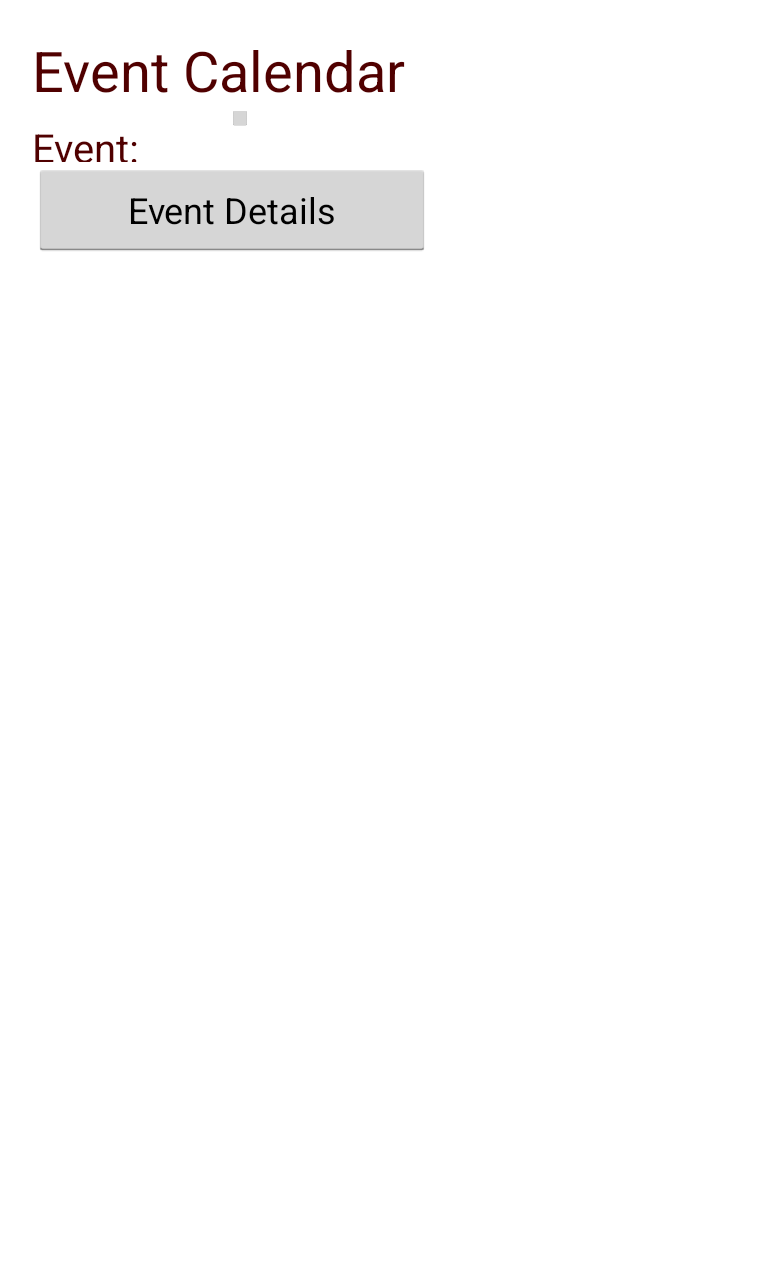
Repository: jannelg92/ANDROIDAPP
Layout: GEOINNOVATION/TAMUgis-dayEvents/res/layout/f_event_details.xml
An editor plug-in stored every save of this project. The layout is shown before and after the next save, followed by the edit.
It is drawn on a 768 x 1280 px phone screen (xhdpi) without system bars, with theme AppTheme; the app's code is not run.

Above is the layout before, as saved 2014-04-19 01:40:20.

### GEOINNOVATION/TAMUgis-dayEvents/res/layout/f_event_details.xml
<LinearLayout xmlns:android="http://schemas.android.com/apk/res/android"
    xmlns:tools="http://schemas.android.com/tools"
    android:layout_width="match_parent"
    android:layout_height="match_parent"
    android:orientation="vertical"
    android:paddingBottom="@dimen/activity_vertical_margin"
    android:paddingLeft="@dimen/activity_horizontal_margin"
    android:paddingRight="@dimen/activity_horizontal_margin"
    android:paddingTop="@dimen/activity_vertical_margin" >


    <TextView
        android:id="@+id/event_cal"
        android:layout_width="wrap_content"
        android:layout_height="wrap_content"
        android:drawablePadding="10dp"
        android:text="@string/calendar"
        android:textColor="#500000"
        android:textSize="@dimen/big_text" />
		<LinearLayout
		    android:layout_width="match_parent"
		    android:layout_height="wrap_content"
		    android:orientation="horizontal" >
		      <TextView
		        android:id="@+id/event_label"
		        android:layout_width="wrap_content"
		        android:layout_height="wrap_content"
		        android:drawablePadding="10dp"
		        android:text="Event: "
		        android:textColor="#500000"
		        android:textSize="@dimen/mid_text" />
		       <TextView
		        android:id="@+id/event_name"
		        android:layout_width="wrap_content"
		        android:layout_height="wrap_content"
		        android:drawablePadding="10dp"
		        android:text="        "
		        android:textColor="#500000"
		        android:textSize="@dimen/mid_text" />
		        <Button
		        android:id="@+id/event_dtls"
		        android:layout_width="20px"
		        android:layout_height="20px"
		        android:drawablePadding="10dp"
		        android:src="@drawable/ic_action_checkin" />


      </LinearLayout>
    <Button
        android:id="@+id/eventDetails_b"
        android:layout_width="200dp"
        android:layout_height="wrap_content"
        android:text="@string/details"
        android:clickable="true" />

</LinearLayout>

### GEOINNOVATION/TAMUgis-dayEvents/res/values/dimens.xml
<resources>

   <dimen name="activity_horizontal_margin">16dp</dimen>
    <dimen name="activity_vertical_margin">16dp</dimen>

    <dimen name="big_text">28dip</dimen>
    <dimen name="mid_text">20dip</dimen>
    <dimen name="small_text">16dip</dimen>
    <dimen name="return_w">50dp</dimen>
    <dimen name="return_h">50dp</dimen>
    <dimen name="text_sizeW">70dp </dimen>
    <dimen name="text_sizeH">70dp</dimen>
    <dimen name="button_w">200dp </dimen>
    <dimen name="button_h">60dp </dimen>
    <!--
         Per the design guidelines, navigation drawers should be between 240dp and 320dp:
         https://developer.android.com/design/patterns/navigation-drawer.html
    -->
    <dimen name="navigation_drawer_width">277dp</dimen>

</resources>

### GEOINNOVATION/TAMUgis-dayEvents/res/values/strings.xml
<?xml version="1.0" encoding="utf-8"?>
<resources>

    <!-- Menu, Application, Object TITLES -->
    <string name="app_name">TAMUgis-day Events</string>
    <string name="application_name">Texas A&amp;M Geoservices</string>
    <string name="nav_drawer">Navigation Drawer</string>
    <string name="layout_piece">Structure or element of the layout</string>
    <string name="hello_world">Hello  W O R L D!! :)</string>
    <string name="title_menu">Navigation Menu</string>
    <string name="title_activity_user_options">UserOptions</string>
    <string name="title_activity_events">Events</string>
    <string name="title_activity_event_checkin">Event_checkin</string>
    <string name="title_section1">Welcome</string>
    <string name="title_section2">Events</string>
    <string name="title_sectionLogin">Log-in</string>
    <string name="title_section3">Event Check-in</string>
    <string name="title_section4">My Events</string>
    <string name="title_section5">Settings</string>
    <string name="title_section6">Log-out</string>

    <string-array name="mainTitles">
        <item id="menu1_99">Log-in </item>
        <item id="menu1_100">Event Calendar </item>
        <item id="menu1_101">Share </item>
    </string-array>
    <string-array name="userTitles">
        <item id="menu2_99"> Event Calendar </item>
        <item id="menu2_100"> Event Check-in </item>
        <item id="menu2_101"> My Events </item>
        <item id="menu2_102"> Share </item>
        <item id="menu2_103"> Settings </item>
        <item id="menu2_104"> Log-out</item>
    </string-array>
    <string-array name="menuTitles">
        <item id="menu2_99"> @drawable/tamugeologo </item>
        <item id="menu2_100"> Log-in </item>
        <item id="menu2_101"> Event Calendar </item>
        <item id="menu2_102"> Event Check-in </item>
        <item id="menu2_103"> My Events </item>
        <item id="menu2_104"> Share </item>
        <item id="menu2_105"> Settings </item>
        <item id="menu2_106"> Log-out </item>
    </string-array>

    <array name="nav_drawer_icons">
        <item>@drawable/ic_action_launcher</item>
        <item>@drawable/ic_action_signup</item>
        <item>@drawable/ic_action_eventcal</item>
        <item>@drawable/ic_action_checkin</item>
        <item>@drawable/ic_action_myevents</item>
        <item>@drawable/ic_action_share</item>
        <item>@drawable/ic_action_settings</item>
        <item>@drawable/ic_action_import_export</item>
    </array>

    <!--  -->


    <!-- Strings related to Settings, Example General settings -->
    <string name="pref_header_general">General</string>
    <string name="pref_title_social_recommendations">Enable social recommendations</string>
    <string name="pref_description_social_recommendations">Recommendations for people to contact based on your message history</string>
    <string name="pref_title_display_name">Display name</string>
    <string name="pref_default_display_name">John Smith</string>
    <string name="pref_title_add_friends_to_messages">Add friends to messages</string>

    <string-array name="pref_example_list_titles">
        <item>Always</item>
        <item>When possible</item>
        <item>Never</item>
    </string-array>
    <string-array name="pref_example_list_values">
        <item>1</item>
        <item>0</item>
        <item>-1</item>
    </string-array>

    <!-- Example settings for Data & Sync -->
    <string name="pref_header_data_sync">Data &amp; sync</string>
    <string name="pref_title_sync_frequency">Sync frequency</string>

    <string-array name="pref_sync_frequency_titles">
        <item>15 minutes</item>
        <item>30 minutes</item>
        <item>1 hour</item>
        <item>3 hours</item>
        <item>6 hours</item>
        <item>Never</item>
    </string-array>
    <string-array name="pref_sync_frequency_values">
        <item>15</item>
        <item>30</item>
        <item>60</item>
        <item>180</item>
        <item>360</item>
        <item>-1</item>
    </string-array>

    <string name="pref_title_system_sync_settings">System sync settings</string>

    <!-- Example settings for Notifications -->

    <string name="pref_header_notifications">Notifications</string>
    <string name="pref_title_new_message_notifications">New message notifications</string>
    <string name="pref_title_ringtone">Ringtone</string>
    <string name="pref_ringtone_silent">Silent</string>
    <string name="pref_title_vibrate">Vibrate</string>
    <string name="app_settings">App Settings</string>
    <string name="main">Home</string>
    <string name="login">Log-in</string>
    <string name="calendar">Event Calendar</string>
    <string name="checkin">Event Checkin</string>
    <string name="myevents">My Events</string>
    <string name="share">Share</string>
    <string name="map">Map</string>
    <string name="settings">Settings</string>
    <string name="logout">Log-out</string>
    <string name="returnB">Back</string>
    <string name="details">Event Details</string>
    <string name="prof_classes">Professor-added Classes </string>
    <string name="prof">Professors </string>
    <string name="pics">Pictures</string>
    <string name="signup">Sign-up </string>
    <string name="mycourses">My Courses</string>
    <string name="notify">Notifcation Options </string>
    <string name="event_remind">Send Event Reminders</string>
    <string name="push">Allow Push Notifications</string>
    <string name="gps">Allow GPS Tracking</string>

    <!-- Description Strings -->
    <color name="maroon">#500000</color>
    <color name="selector">#F4AF00</color>
    <color name="background">#FDEFCC </color>

    <string name="drawer_open">Open Menu</string>
    <string name="drawer_close">Close Menu</string>
    <string name="app_error">Sorry, GIS DAY app is NOT available.</string>
    <string name="navigation_drawer_open">Open navigation drawer</string>
    <string name="navigation_drawer_close">Close navigation drawer</string>
    <string name="action_example">HelloWorld</string>
    <string name="action_settings">Settings</string>
    <string name="prompt_email">Email</string>
    <string name="prompt_password">Password</string>
    <string name="action_sign_in_register"><b>Sign in</b> or register</string>
    <string name="action_sign_in_short">Sign in</string>
    <string name="action_forgot_password">Recover lost password</string>
    <string name="login_progress_signing_in">Signing in&#8230;</string>
    <string name="error_invalid_email">This email address is invalid</string>
    <string name="error_invalid_password">This password is too short</string>
    <string name="error_incorrect_password">This password is incorrect</string>
    <string name="error_field_required">This field is required</string>
    <string name="title_activity_event_calendar">EventCalendar</string>

</resources>

Loaded but not shown: GEOINNOVATION/TAMUgis-dayEvents/res/values/styles.xml (common file); GEOINNOVATION/TAMUgis-dayEvents/res/values-v11/styles.xml (common file); GEOINNOVATION/TAMUgis-dayEvents/res/values-v14/styles.xml (common file); GEOINNOVATION/TAMUgis-dayEvents/res/values-w820dp/dimens.xml (common file)

After the next save:
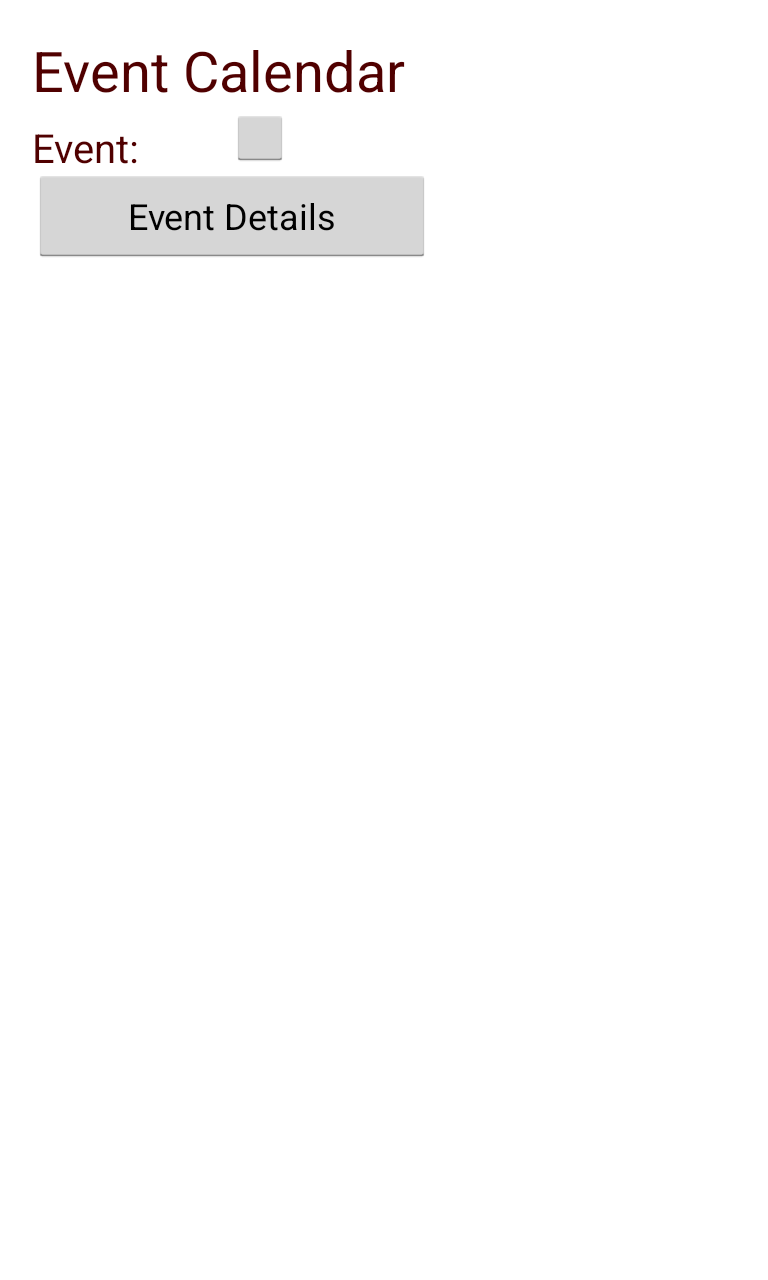
Saved 11 s later.
--- a/GEOINNOVATION/TAMUgis-dayEvents/res/layout/f_event_details.xml
+++ b/GEOINNOVATION/TAMUgis-dayEvents/res/layout/f_event_details.xml
@@ -39,8 +39,8 @@
 		        android:textSize="@dimen/mid_text" />
 		        <Button
 		        android:id="@+id/event_dtls"
-		        android:layout_width="20px"
-		        android:layout_height="20px"
+		        android:layout_width="60px"
+		        android:layout_height="60px"
 		        android:drawablePadding="10dp"
 		        android:src="@drawable/ic_action_checkin" />
 
